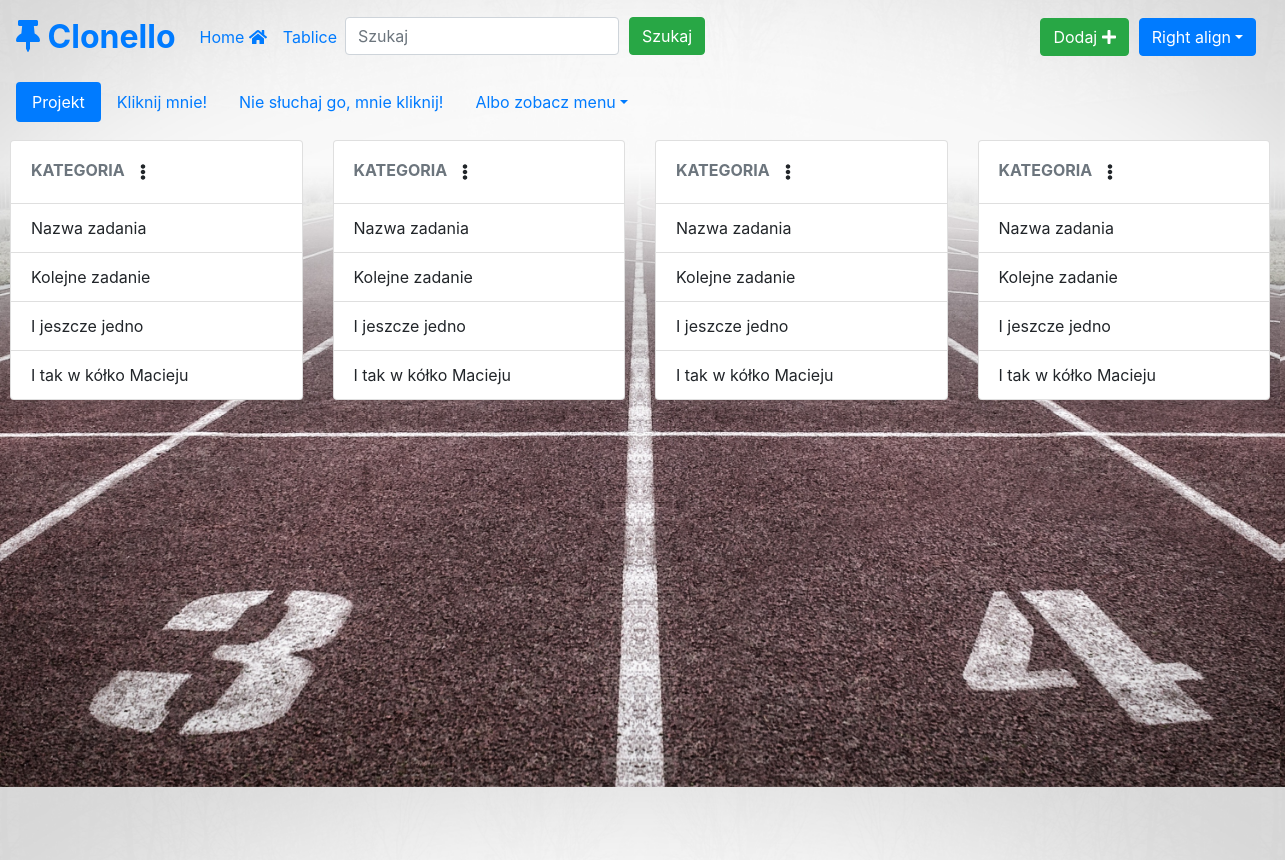
Repository: jnehlt/PAW-lab
Page: / (app in Frontend/clonello/)
These files come from the project's save history. The page is drawn as it stood at one moment and after the next save; the edit follows.
The browser window is 1280 px wide. The page is 1285 px wide, so the pictures cover 1285 px, including what lies to the right of the window. The pictures show the whole page.
The project was rebuilt for these pictures with package versions that can differ from the ones it lists, and the page was loaded fresh each time.

Above is the page before, as saved 2020-04-24 22:48:49.

### Frontend/clonello/src/main.js
import "@babel/polyfill";
import "mutationobserver-shim";
import Vue from "vue";
import "./plugins/bootstrap-vue";
import App from "./App.vue";
import router from "./router";
import "@fortawesome/fontawesome-free/css/all.css";
import "@fortawesome/fontawesome-free/js/all.js";

Vue.config.productionTip = false;

new Vue({
  router,
  render: h => h(App)
}).$mount("#app");

### Frontend/clonello/src/App.vue
<template>
  <div id="app">
    <topheader></topheader>
    <projectheader></projectheader>

    <div class="row">
        <maincard></maincard>
        <maincard></maincard>
        <maincard></maincard>
        <maincard></maincard>
        <maincard></maincard>
        <maincard></maincard>
        <maincard></maincard>
        <maincard></maincard>
    </div>
    <router-view />
  </div>
</template>

<script>
import TopHeader from "@/components/TopHeader.vue";
import ProjectHeader from "@/components/ProjectHeader.vue";
import MainCard from "@/components/MainCard.vue";

export default {
  components: {
    "topheader": TopHeader,
    "projectheader": ProjectHeader,
    "maincard": MainCard
  }
};
</script>

<style lang="scss">

body {
    background-image: url("../src/assets/running-track-sn-3000x2001.jpg");
    background-size: cover;
    background-position: center;
}

.dropdown-header {
    font-size: larger;
    font-weight: bolder;
}

html, body {
    height: 100%;
}

.list-head {
    font-weight: bolder;
    text-transform: uppercase;
}

.btn {
    margin-left: 2px;
}


.row {
  display: flex;
  flex-wrap: nowrap;
  overflow-x: auto;
  margin-left: -5px;
  margin-right: -5px;
  margin-top: 10px;
  height: 100vh;
}

::-webkit-scrollbar {
  height: 4px;              /* height of horizontal scrollbar ← You're missing this */
  width: 4px;               /* width of vertical scrollbar */
  border: 1px solid #d5d5d5;
  margin-left: -5px;
  margin-right: -5px;
}


</style>

### Frontend/clonello/src/components/TopHeader.vue
<template>
  <div>
    <nav class="navbar navbar-expand-lg">
      <a class="navbar-brand" href="#"><i class="fas fa-thumbtack"></i> Clonello</a>
      <button class="navbar-toggler navbar-dark" type="button" data-toggle="collapse" data-target="#navbarNav" aria-controls="navbarNav" aria-expanded="false" aria-label="Toggle navigation">
          <span class="navbar-toggler-icon"></span>
      </button>
      <div class="collapse navbar-collapse" id="navbarNav">
        <ul class="navbar-nav mr-auto">
          <li class="nav-item">
            <a class="nav-link" href="#">Home <i class="fas fa-home"></i></a>
          </li>
          <li class="nav-item">
            <a class="nav-link" href="#">Tablice</a>
          </li>
          <li class="nav-item">
            <form class="form-inline my-2 my-lg-0">
              <input class="form-control mr-sm-2" type="search" placeholder="Szukaj" aria-label="Search">
              <button class="btn btn-success my-2 my-sm-0" type="submit">Szukaj</button>
            </form>
          </li>
        </ul>
        <ul class="navbar-right navbar-nav">
          <li>
            <b-button v-b-toggle.collapse-1  variant="success">Dodaj <i class="fas fa-plus"></i></b-button>
            <b-collapse id="collapse-1" class="mt-2">
              <b-card>
                <p class="card-text">Collapse contents Here</p>
                <b-button v-b-toggle.collapse-1-inner size="sm">Toggle Inner Collapse</b-button>
                <b-collapse id="collapse-1-inner" class="mt-2">
                  <b-card>Hello!</b-card>
                </b-collapse>
              </b-card>
            </b-collapse>
            <b-dropdown id="dropdown-right" right text="Right align" variant="primary" class="m-2">
              <b-dropdown-item href="#">Action</b-dropdown-item>
              <b-dropdown-item href="#">Another action</b-dropdown-item>
              <b-dropdown-item href="#">Something else here</b-dropdown-item>
            </b-dropdown>
          </li>
        </ul>
      </div>
    </nav>
  </div>
  <!-- class="btn btn-success" type="button" data-toggle="collapse" data-target="#collapseAdd" aria-expanded="false" aria-controls="collapseAdd">Dodaj <i class="fas fa-plus"></i>
            </button> -->
</template>

<script>



export default {

};
</script>

<!-- Add "scoped" attribute to limit CSS to this component only -->
<style scoped lang="scss">
.navbar-brand {
    font-weight: bolder;
    font-size: 2em;
}

.navbar {
    background-color: transparent;
}

.navbar-toggler {
    background-color: #4e555b;
}
</style>

### Frontend/clonello/src/components/ProjectHeader.vue
<template>
  <div>
      <div class="navbar navbar-expand-lg">
      <ul class="nav nav-pills nav-fill">
        <li class="nav-item">
          <a class="nav-link active" href="#">Projekt</a>
        </li>
        <li class="nav-item">
          <a class="nav-link" href="#">Kliknij mnie!</a>
        </li>
        <li class="nav-item">
          <a class="nav-link" href="#">Nie słuchaj go, mnie kliknij!</a>
        </li>
        <li class="nav-item dropdown">
          <a class="nav-link dropdown-toggle" data-toggle="dropdown" href="#" role="button" aria-haspopup="true" aria-expanded="false">Albo zobacz menu</a>
          <div class="dropdown-menu">
            <h5 class="dropdown-header">Menu</h5>
            <div class="dropdown-divider"></div>
            <a class="dropdown-item" href="#">No dobra</a>
            <a class="dropdown-item" href="#">Trochę zamieszania</a>
            <a class="dropdown-item" href="#">Dziwnie wyszło</a>
            <a class="dropdown-item" href="#">Ale klinkij tamte</a>
          </div>
        </li>
      </ul>
    </div>
  </div>
</template>

<script>
export default {

}
</script>

<style>
.navbar-brand {
    font-weight: bolder;
    font-size: 2em;
}

.navbar {
    background-color: transparent;
}

.navbar-toggler {
    background-color: #4e555b;
}
</style>

### Frontend/clonello/src/components/MainCard.vue
<template>
        <div class="col-3 col-md-3 col-sm-3">
            <ul class="list-group">
                <li class="list-group-item disabled list-head" aria-disabled="true">Kategoria<button class="btn btn-kropki"><i class="fas fa-ellipsis-v"></i></button></li>
                <li class="list-group-item">Nazwa zadania</li>
                <li class="list-group-item">Kolejne zadanie</li>
                <li class="list-group-item">I jeszcze jedno</li>
                <li class="list-group-item">I tak w kółko Macieju</li>
            </ul>
        </div>

</template>

<script>
export default {

}
</script>

<style>

</style>

### Frontend/clonello/src/views/Home.vue
<template>
  <div class="home"></div>
</template>

<script>
// @ is an alias to /src
export default {
  name: "Home",
  components: {}
};
</script>

Loaded but not shown: Frontend/clonello/public/index.html (common file); Frontend/clonello/src/plugins/bootstrap-vue.js (common file); Frontend/clonello/src/router/index.js (common file)

After the next save:
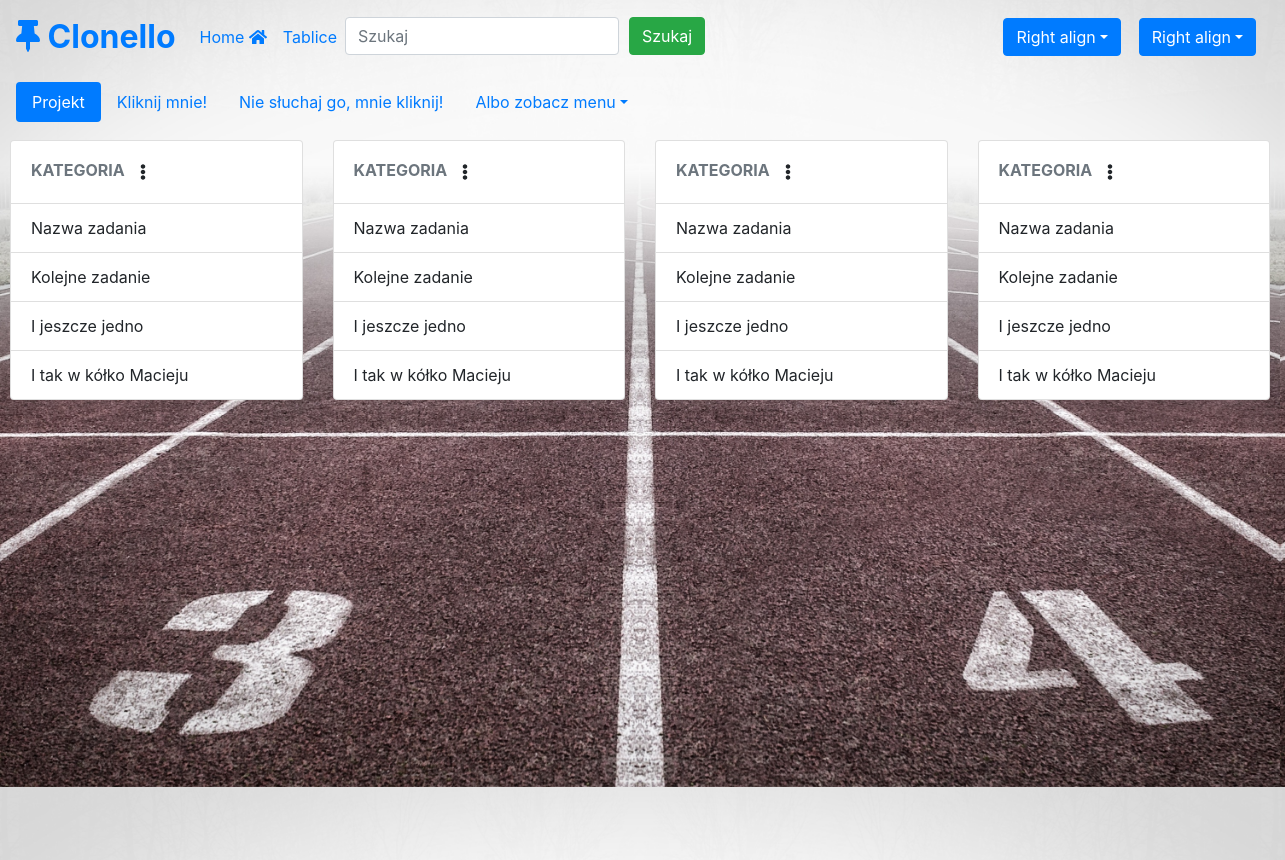
Saved 42 s later.
--- a/Frontend/clonello/src/components/TopHeader.vue
+++ b/Frontend/clonello/src/components/TopHeader.vue
@@ -22,16 +22,11 @@
         </ul>
         <ul class="navbar-right navbar-nav">
           <li>
-            <b-button v-b-toggle.collapse-1  variant="success">Dodaj <i class="fas fa-plus"></i></b-button>
-            <b-collapse id="collapse-1" class="mt-2">
-              <b-card>
-                <p class="card-text">Collapse contents Here</p>
-                <b-button v-b-toggle.collapse-1-inner size="sm">Toggle Inner Collapse</b-button>
-                <b-collapse id="collapse-1-inner" class="mt-2">
-                  <b-card>Hello!</b-card>
-                </b-collapse>
-              </b-card>
-            </b-collapse>
+            <b-dropdown id="dropdown-right" right text="Right align" variant="primary" class="m-2">
+              <b-dropdown-item href="#">Action</b-dropdown-item>
+              <b-dropdown-item href="#">Another action</b-dropdown-item>
+              <b-dropdown-item href="#">Something else here</b-dropdown-item>
+            </b-dropdown>
             <b-dropdown id="dropdown-right" right text="Right align" variant="primary" class="m-2">
               <b-dropdown-item href="#">Action</b-dropdown-item>
               <b-dropdown-item href="#">Another action</b-dropdown-item>
